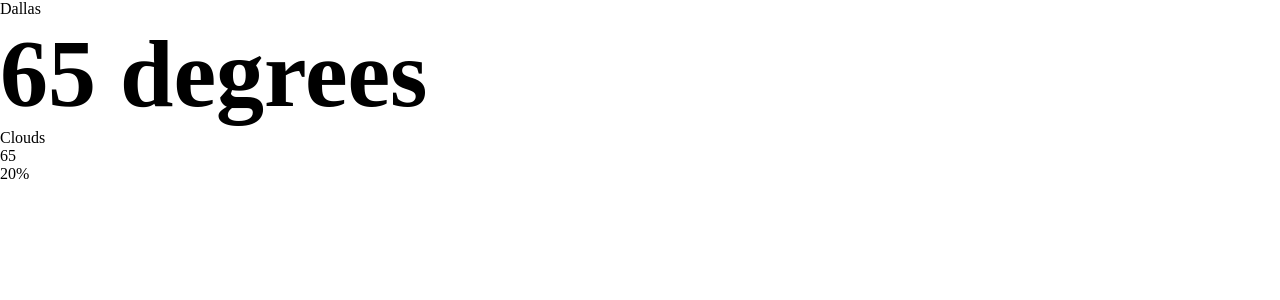
Repository: cakuang1/kanyequotes
Page: /
These files come from the project's save history. The page is drawn as it stood at one moment and after a run of saves; the edit follows.
The browser window is 1280 px wide. The pictures show the whole page.
The project was rebuilt for these pictures with package versions that can differ from the ones it lists, and the page was loaded fresh each time.

Above is the page before, as saved 2022-07-16 15:14:25.

### src/index.css
* {
    box-sizing: border-box;
    margin: 0;
    padding: 0;


}

h1 {
    font-size: 6rem;

}


}

### src/App.js
import axios from 'axios';
import React,{useState} from 'react';




function App() {

  const url = 'https://api.openweathermap.org/data/2.5/weather?q=sanfrancisco&appid=8b4c41ca9585c94ca791570267e7f977'
  return (
    <div className="app">
        <div className='container'>
          <div className='top'>
            <div className='location'>
              <p> Dallas</p>
            </div>
            <div className='temp'>
              <h1>65 degrees</h1>
            </div>
            <div className='description'>
              <p>Clouds</p>
            </div>
          </div>
          <div className='bottome'>
            <div  className = "feels">
              <p>65</p>
            </div>
            <div className='humidity'>
              <p>20%</p>
            </div>
            <div className='winds'>



            </div>

          </div>
        </div>
    </div>
  );
}

export default App;

Loaded but not shown: public/index.html (common file); src/index.js (common file)

After the next 3 saves:
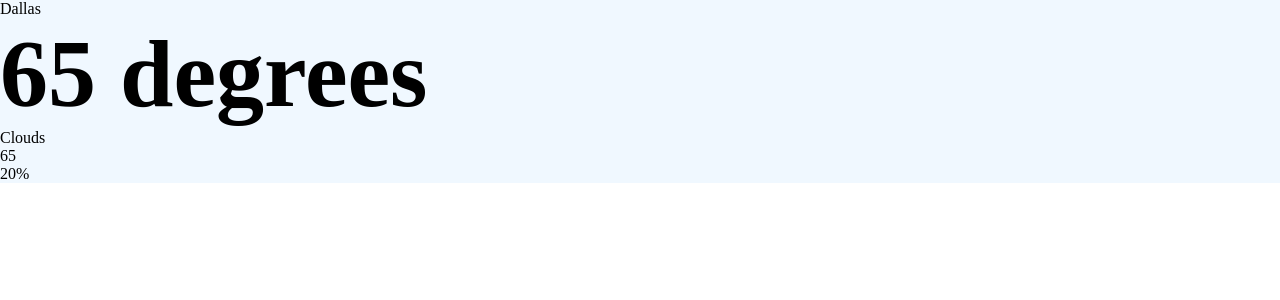
The 3 saves are shown as one change because they came seconds apart.
The last was saved 9 s later.
--- a/src/index.css
+++ b/src/index.css
@@ -11,5 +11,7 @@ h1 {
 
 }
 
+.app {
 
+    background-color: aliceblue;
 }
